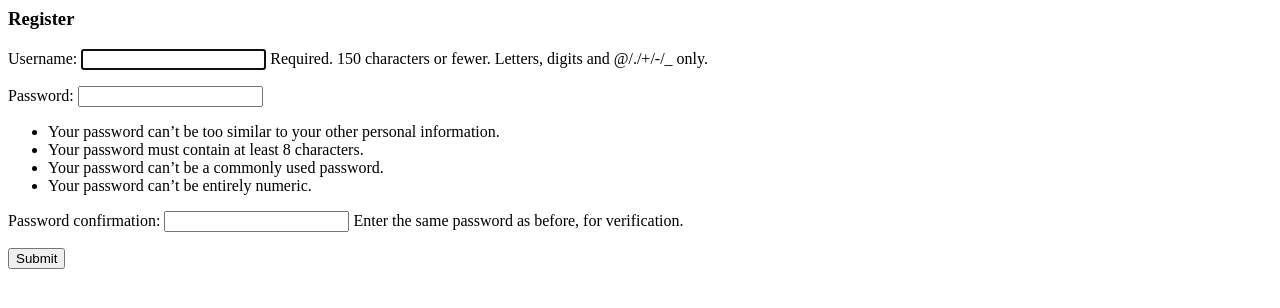
Repository: rohollah-naghipour/Login-form
Page: http://localhost/register/
The author's editor kept a copy of each file at every save. The page is drawn from the files as they stood at one save, then again after the next save.
The browser window is 1280 px wide. The pictures show the whole page.
The page is served by the project's application, run on Django 5.2 (manage.py).

Above is the page before, as saved 2024-12-04 17:25:12.

After the next save:
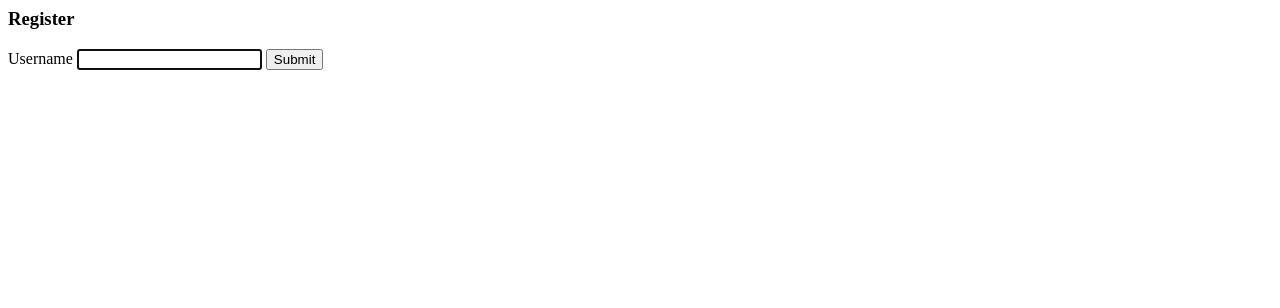
Saved 3 min 55 s later.
--- a/users/templates/register.html
+++ b/users/templates/register.html
@@ -1,11 +1,18 @@
-
 
 <h3> Register </h3>
 
 
 <form method="POST" action="">
     {% csrf_token %}
-    {{form.as_p}}
+    {{form.username.label}}
+    {{form.username}}
+
+    {{form.email.label}}
+    {{form.email}}
+
+    {{form.password.label}}
+    {{form.password}}
+
 
         <input type="submit" name = "Create User">
 </form>
